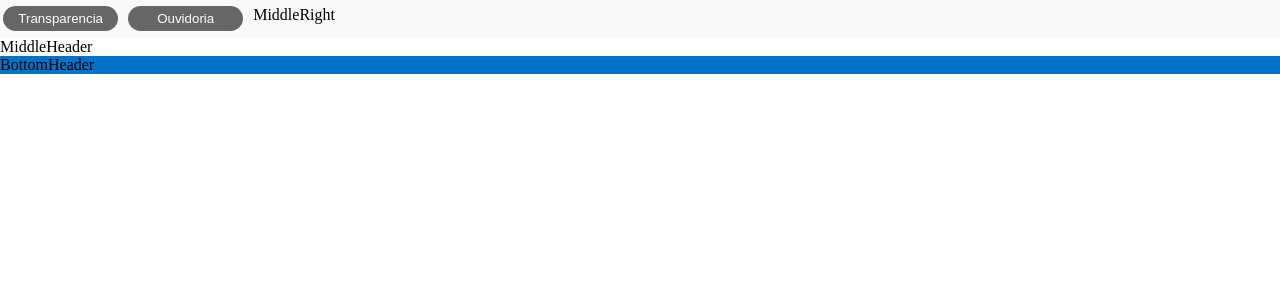
Repository: YuriSarmanho/prodepaSite
Page: / (app in prodepa-site/)
The author's editor kept a copy of each file at every save. The page is drawn from the files as they stood at one save, then again after a run of saves.
The browser window is 1280 px wide. The pictures show the whole page.
The project was rebuilt for these pictures with package versions that can differ from the ones it lists, and the page was loaded fresh each time. Also part of the build but not shown: prodepa-site/src/App.css.

Above is the page before, as saved 2022-12-19 16:17:09.

After the next 2 saves:
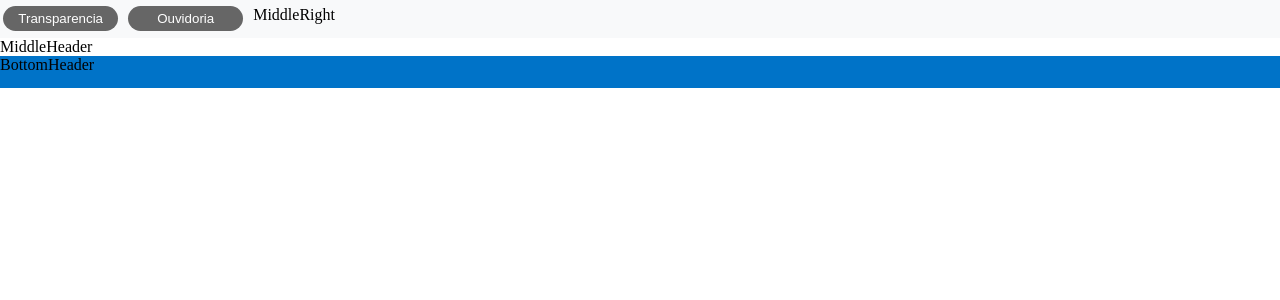
The 2 saves are shown as one change because they came seconds apart.
The last was saved 13 s later.
--- a/prodepa-site/src/sections/Header/BottomHeader/index.css
+++ b/prodepa-site/src/sections/Header/BottomHeader/index.css
@@ -1,3 +1,4 @@
 .bottomHeaderContainer {
     background-color: #0073C8;
+    height: 2rem;
 }
